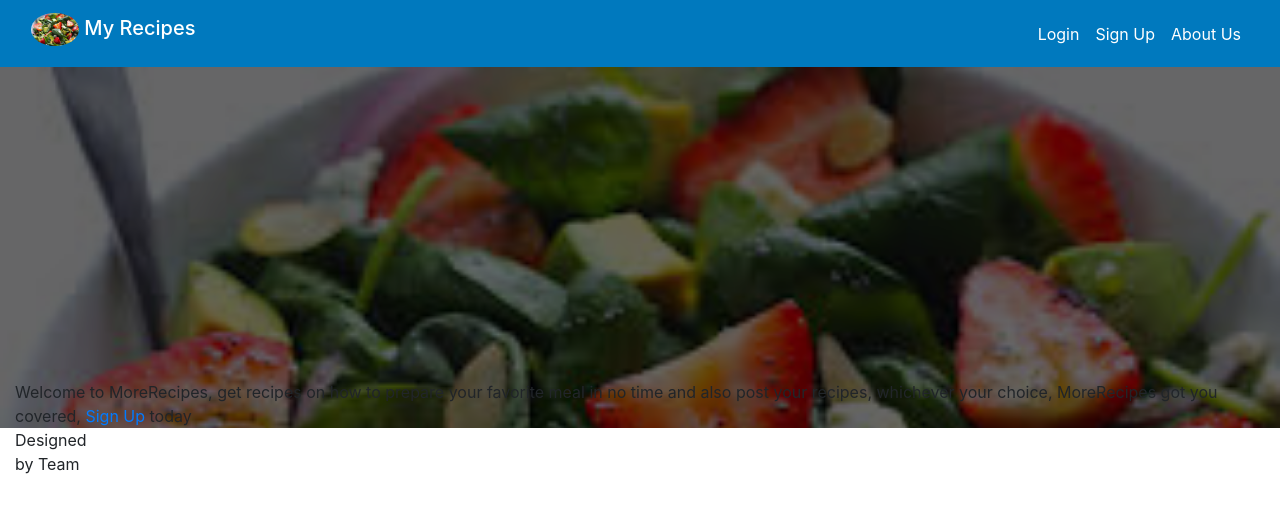
Repository: UggoPrince/more-recipes
Page: html/index.html
The author's editor kept a copy of each file at every save. The page is drawn from the files as they stood at one save, then again after the next save.
The browser window is 1280 px wide. The pictures show the whole page.

Above is the page before, as saved 2018-07-30 06:44:47.

After the next save:
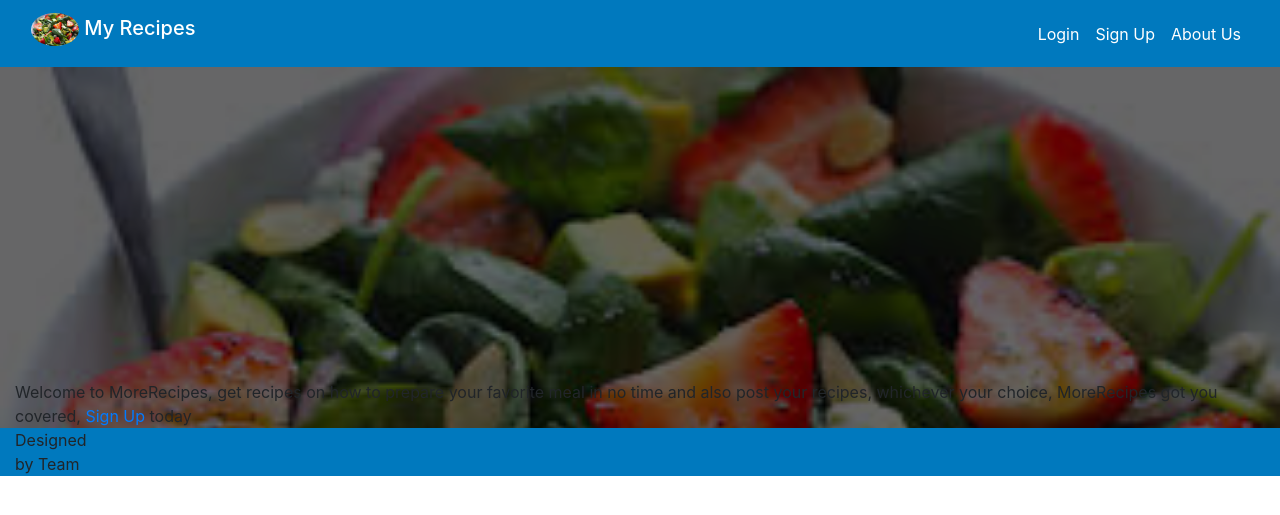
Saved 21 s later.
--- a/html/index.html
+++ b/html/index.html
@@ -58,7 +58,7 @@
 
     </main>
   </div>
-  <footer class="container-fluid">
+  <footer class="container-fluid" style="background-color: #0079be;">
     <div class="row">
       <div class="col-1">Designed by Team</div>
     </div>
